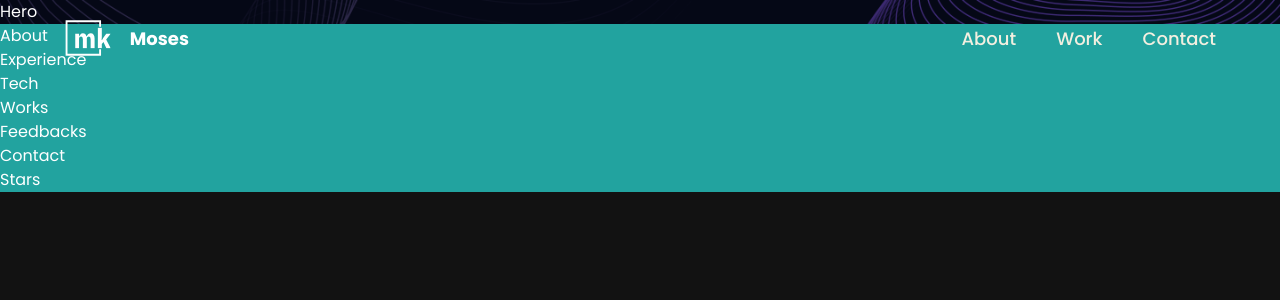
Repository: mosesvk/Portfolio_23
Page: /
An editor plug-in stored every save of this project. The page is shown before and after the next save, followed by the edit.
The browser window is 1280 px wide. The pictures show the whole page.
The project was rebuilt for these pictures with package versions that can differ from the ones it lists, and the page was loaded fresh each time. Also part of the build but not shown: next.config.js, vite.config.js, src/components/canvas/Earth.jsx, src/components/canvas/Ball.jsx, src/components/canvas/Computers.jsx.

Above is the page before, as saved 2023-04-24 21:17:02.

### index.html
<!DOCTYPE html>
<html lang="en">
  <head>
    <meta charset="UTF-8" />
    <link rel="icon" type="image/svg+xml" href="/vite.svg" />
    <meta name="viewport" content="width=device-width, initial-scale=1.0" />
    <title>Moses K. | Portfolio</title>
  </head>
  <body>
    <div id="root"></div>
    <script type="module" src="/src/main.jsx"></script>
  </body>
</html>

### src/App.jsx
import { BrowserRouter } from 'react-router-dom';

import {
  About,
  Contact,
  Experience,
  Feedbacks,
  Hero,
  Navbar,
  Tech,
  Works,
  StarsCanvas
} from './components';

const App = () => {
  return (
    <BrowserRouter>
      <div className='relative z-0 bg-primary'>
        <div className='bg-hero-pattern bg-cover bg-no-repeat bg-center'>
          <Navbar />
          <Hero />
        </div>
        <About />
        <Experience />
        <Tech />
        <Works />
        <Feedbacks />
        <div className='relative z-0'>
          <Contact />
          <StarsCanvas />
        </div>
      </div>
    </BrowserRouter>
  );
};

export default App;

### src/components/Navbar.jsx
import React, { useEffect, useState } from 'react';
import { Link } from 'react-router-dom';

import { styles } from '../styles';
import { navLinks } from '../contstants';
import { logo, menu, close } from '../assets';

const Navbar = () => {
  const [active, setActive] = useState('');
  const [toggle, setToggle] = useState(false);

  return (
    <nav
      className={`${styles.paddingX} w-full flex items-center py-5 fixed top-0 z-20 bg-mainBackground`}
    >
      <div className='w-full flex justify-between items-center max-w-7xl mx-auto'>
        <Link
          to='/'
          className='flex items-center gap-2'
          onClick={() => {
            setActive('');
            window.scrollTo(0, 0);
          }}
        >
          <img src={logo} alt='logo' className='h-9 object-contain' />
          <p className='text-white text-[18px] font-bold cursor-pointer'>
            Moses
          </p>
        </Link>
        <ul className='list-none hidden sm:flex flex-row gap-10'>
          {navLinks.map((link) => (
            <li
              key={link.id}
              className={`${
                active === link.title ? 'text-white' : 'text-secondary'
              } hover:text-white text-[18px] font-medium cursor-pointer`}
              onClick={() => setActive(link.title)}
            >
              <a href={`#${link.id}`}>{link.title}</a>
            </li>
          ))}
        </ul>

        <div className='sm:hidden flex flex-1 justify-end items-center'>
          <img
            src={toggle ? close : menu}
            alt='menu'
            className='w-[28px] h-[28px] object-contain cursor-pointer'
            onClick={() => setToggle(!toggle)}
          />

          <div
            className={`${
              !toggle ? 'hidden' : 'flex'
            } p-6 black-gradient absolute top-20 right-0 mx-4 my-2 min-w-[140px] z-10 rounded-xl`}
          >
            <ul className='list-none flex justify-end items-start flex-col gap-4'>
              {navLinks.map((link) => (
                <li
                  key={link.id}
                  className={`${
                    active === link.title ? 'text-white' : 'text-secondary'
                  } font-poppins font-medium cursor-pointer text-[16px]`}
                  onClick={() => {
                    setActive(link.title)
                    setToggle(!toggle)
                  }}
                >
                  <a href={`#${link.id}`}>{link.title}</a>
                </li>
              ))}
            </ul>
          </div>
        </div>
      </div>
    </nav>
  );
};

export default Navbar;

### src/contstants/index.js
import {
    mobile,
    backend,
    creator,
    web,
    javascript,
    typescript,
    html,
    css,
    reactjs,
    redux,
    tailwind,
    nodejs,
    mongodb,
    git,
    figma,
    docker,
    meta,
    starbucks,
    tesla,
    shopify,
    carrent,
    jobit,
    tripguide,
    threejs,
  } from "../assets";

  export const navLinks = [
    {
      id: "about",
      title: "About",
    },
    {
      id: "work",
      title: "Work",
    },
    {
      id: "contact",
      title: "Contact",
    },
  ];

  const services = [
    {
      title: "Web Developer",
      icon: web,
    },
    {
      title: "React Native Developer",
      icon: mobile,
    },
    {
      title: "Backend Developer",
      icon: backend,
    },
    {
      title: "Content Creator",
      icon: creator,
    },
  ];

  const technologies = [
    {
      name: "HTML 5",
      icon: html,
    },
    {
      name: "CSS 3",
      icon: css,
    },
    {
      name: "JavaScript",
      icon: javascript,
    },
    {
      name: "TypeScript",
      icon: typescript,
    },
    {
      name: "React JS",
      icon: reactjs,
    },
    {
      name: "Redux Toolkit",
      icon: redux,
    },
    {
      name: "Tailwind CSS",
      icon: tailwind,
    },
    {
      name: "Node JS",
      icon: nodejs,
    },
    {
      name: "MongoDB",
      icon: mongodb,
    },
    {
      name: "Three JS",
      icon: threejs,
    },
    {
      name: "git",
      icon: git,
    },
    {
      name: "figma",
      icon: figma,
    },
    {
      name: "docker",
      icon: docker,
    },
  ];

  const experiences = [
    {
      title: "React.js Developer",
      company_name: "Starbucks",
      icon: starbucks,
      iconBg: "#383E56",
      date: "March 2020 - April 2021",
      points: [
        "Developing and maintaining web applications using React.js and other related technologies.",
        "Collaborating with cross-functional teams including designers, product managers, and other developers to create high-quality products.",
        "Implementing responsive design and ensuring cross-browser compatibility.",
        "Participating in code reviews and providing constructive feedback to other developers.",
      ],
    },
    {
      title: "React Native Developer",
      company_name: "Tesla",
      icon: tesla,
      iconBg: "#E6DEDD",
      date: "Jan 2021 - Feb 2022",
      points: [
        "Developing and maintaining web applications using React.js and other related technologies.",
        "Collaborating with cross-functional teams including designers, product managers, and other developers to create high-quality products.",
        "Implementing responsive design and ensuring cross-browser compatibility.",
        "Participating in code reviews and providing constructive feedback to other developers.",
      ],
    },
    {
      title: "Web Developer",
      company_name: "Shopify",
      icon: shopify,
      iconBg: "#383E56",
      date: "Jan 2022 - Jan 2023",
      points: [
        "Developing and maintaining web applications using React.js and other related technologies.",
        "Collaborating with cross-functional teams including designers, product managers, and other developers to create high-quality products.",
        "Implementing responsive design and ensuring cross-browser compatibility.",
        "Participating in code reviews and providing constructive feedback to other developers.",
      ],
    },
    {
      title: "Full stack Developer",
      company_name: "Meta",
      icon: meta,
      iconBg: "#E6DEDD",
      date: "Jan 2023 - Present",
      points: [
        "Developing and maintaining web applications using React.js and other related technologies.",
        "Collaborating with cross-functional teams including designers, product managers, and other developers to create high-quality products.",
        "Implementing responsive design and ensuring cross-browser compatibility.",
        "Participating in code reviews and providing constructive feedback to other developers.",
      ],
    },
  ];

  const testimonials = [
    {
      testimonial:
        "I thought it was impossible to make a website as beautiful as our product, but Rick proved me wrong.",
      name: "Sara Lee",
      designation: "CFO",
      company: "Acme Co",
      image: "https://randomuser.me/api/portraits/women/4.jpg",
    },
    {
      testimonial:
        "I've never met a web developer who truly cares about their clients' success like Rick does.",
      name: "Chris Brown",
      designation: "COO",
      company: "DEF Corp",
      image: "https://randomuser.me/api/portraits/men/5.jpg",
    },
    {
      testimonial:
        "After Rick optimized our website, our traffic increased by 50%. We can't thank them enough!",
      name: "Lisa Wang",
      designation: "CTO",
      company: "456 Enterprises",
      image: "https://randomuser.me/api/portraits/women/6.jpg",
    },
  ];

  const projects = [
    {
      name: "Car Rent",
      description:
        "Web-based platform that allows users to search, book, and manage car rentals from various providers, providing a convenient and efficient solution for transportation needs.",
      tags: [
        {
          name: "react",
          color: "blue-text-gradient",
        },
        {
          name: "mongodb",
          color: "green-text-gradient",
        },
        {
          name: "tailwind",
          color: "pink-text-gradient",
        },
      ],
      image: carrent,
      source_code_link: "https://github.com/",
    },
    {
      name: "Job IT",
      description:
        "Web application that enables users to search for job openings, view estimated salary ranges for positions, and locate available jobs based on their current location.",
      tags: [
        {
          name: "react",
          color: "blue-text-gradient",
        },
        {
          name: "restapi",
          color: "green-text-gradient",
        },
        {
          name: "scss",
          color: "pink-text-gradient",
        },
      ],
      image: jobit,
      source_code_link: "https://github.com/",
    },
    {
      name: "Trip Guide",
      description:
        "A comprehensive travel booking platform that allows users to book flights, hotels, and rental cars, and offers curated recommendations for popular destinations.",
      tags: [
        {
          name: "nextjs",
          color: "blue-text-gradient",
        },
        {
          name: "supabase",
          color: "green-text-gradient",
        },
        {
          name: "css",
          color: "pink-text-gradient",
        },
      ],
      image: tripguide,
      source_code_link: "https://github.com/",
    },
  ];

  export { services, technologies, experiences, testimonials, projects };

### src/assets/index.js
import logo from "./logo.svg";
import backend from "./backend.png";
import creator from "./creator.png";
import mobile from "./mobile.png";
import web from "./web.png";
import github from "./github.png";
import menu from "./menu.svg";
import close from "./close.svg";

import css from "./tech/css.png";
import docker from "./tech/docker.png";
import figma from "./tech/figma.png";
import git from "./tech/git.png";
import html from "./tech/html.png";
import javascript from "./tech/javascript.png";
import mongodb from "./tech/mongodb.png";
import nodejs from "./tech/nodejs.png";
import reactjs from "./tech/reactjs.png";
import redux from "./tech/redux.png";
import tailwind from "./tech/tailwind.png";
import typescript from "./tech/typescript.png";
import threejs from "./tech/threejs.svg";

import meta from "./company/meta.png";
import shopify from "./company/shopify.png";
import starbucks from "./company/starbucks.png";
import tesla from "./company/tesla.png";

import carrent from "./carrent.png";
import jobit from "./jobit.png";
import tripguide from "./tripguide.png";

export {
  logo,
  backend,
  creator,
  mobile,
  web,
  github,
  menu,
  close,
  css,
  docker,
  figma,
  git,
  html,
  javascript,
  mongodb,
  nodejs,
  reactjs,
  redux,
  tailwind,
  typescript,
  threejs,
  meta,
  shopify,
  starbucks,
  tesla,
  carrent,
  jobit,
  tripguide,
};

### tailwind.config.js
/** @type {import('tailwindcss').Config} */
module.exports = {
  content: ["./src/**/*.{js,jsx}"],
  mode: "jit",
  theme: {
    extend: {
      colors: {
        primary: "#22A39F",
        secondary: "#F3EFE0",
        tertiary: "#B9EDDD",
        mainBackground: '222222',
        "black-100": "#100d25",
        "black-200": "#090325",
        "white-100": "#f3f3f3",
      },
      boxShadow: {
        card: "0px 35px 120px -15px #211e35",
      },
      screens: {
        xs: "450px",
      },
      backgroundImage: {
        "hero-pattern": "url('/src/assets/herobg.png')",
      },
    },
  },
  plugins: [],
};

Loaded but not shown: src/main.jsx (common file); src/index.css (common file); src/components/index.js (common file); src/components/canvas/index.js (common file); src/components/Hero.jsx (common file); src/components/About.jsx (common file); src/components/Tech.jsx (common file); src/components/Experience.jsx (common file); src/components/Works.jsx (common file); src/components/Feedbacks.jsx (common file); src/components/Contact.jsx (common file); src/components/canvas/Stars.jsx (common file); src/styles.js (common file)

After the next save:
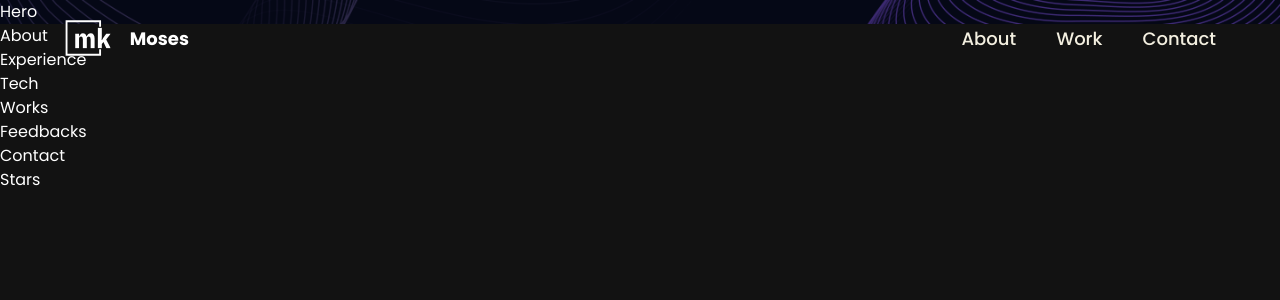
Saved 2 min 1 s later.
--- a/src/App.jsx
+++ b/src/App.jsx
@@ -15,7 +15,7 @@
 const App = () => {
   return (
     <BrowserRouter>
-      <div className='relative z-0 bg-primary'>
+      <div className='relative z-0 bg-mainBackground'>
         <div className='bg-hero-pattern bg-cover bg-no-repeat bg-center'>
           <Navbar />
           <Hero />
